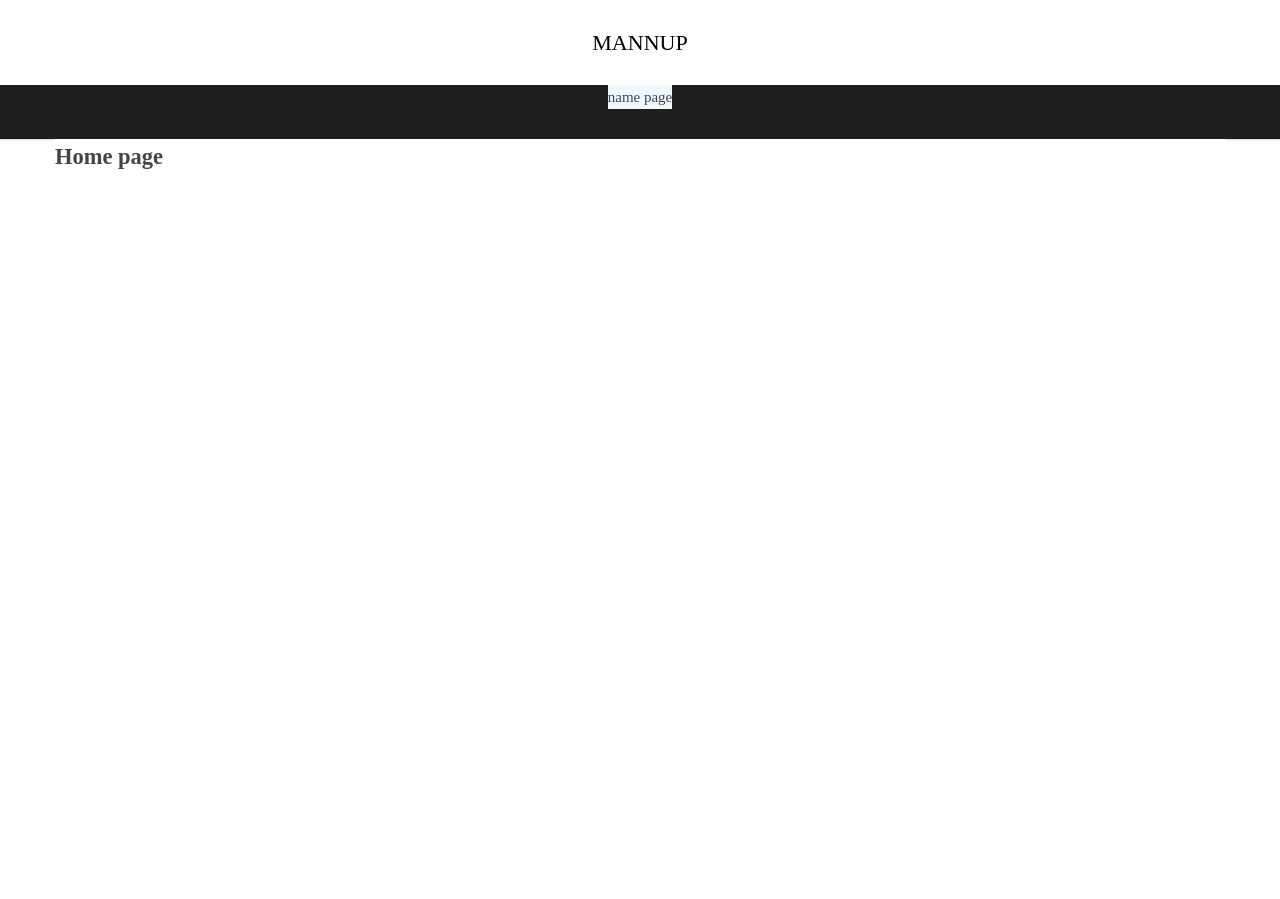
Repository: SyLe-Van/Make-Colorful
Page: /
The author's editor kept a copy of each file at every save. The page is drawn from the files as they stood at one save, then again after the next save.
The browser window is 1280 px wide. The pictures show the whole page.
Some web fonts or font styles are not loaded; a fallback is used. The project was rebuilt for these pictures with package versions that can differ from the ones it lists, and the page was loaded fresh each time. Also part of the build but not shown: src/pages/cinema/index.js, src/pages/fashion/index.js, src/pages/grooming/index.js, src/pages/lifestyle/index.js, src/pages/contact/index.js.

Above is the page before, as saved 2023-10-10 21:57:34.

After the next save:
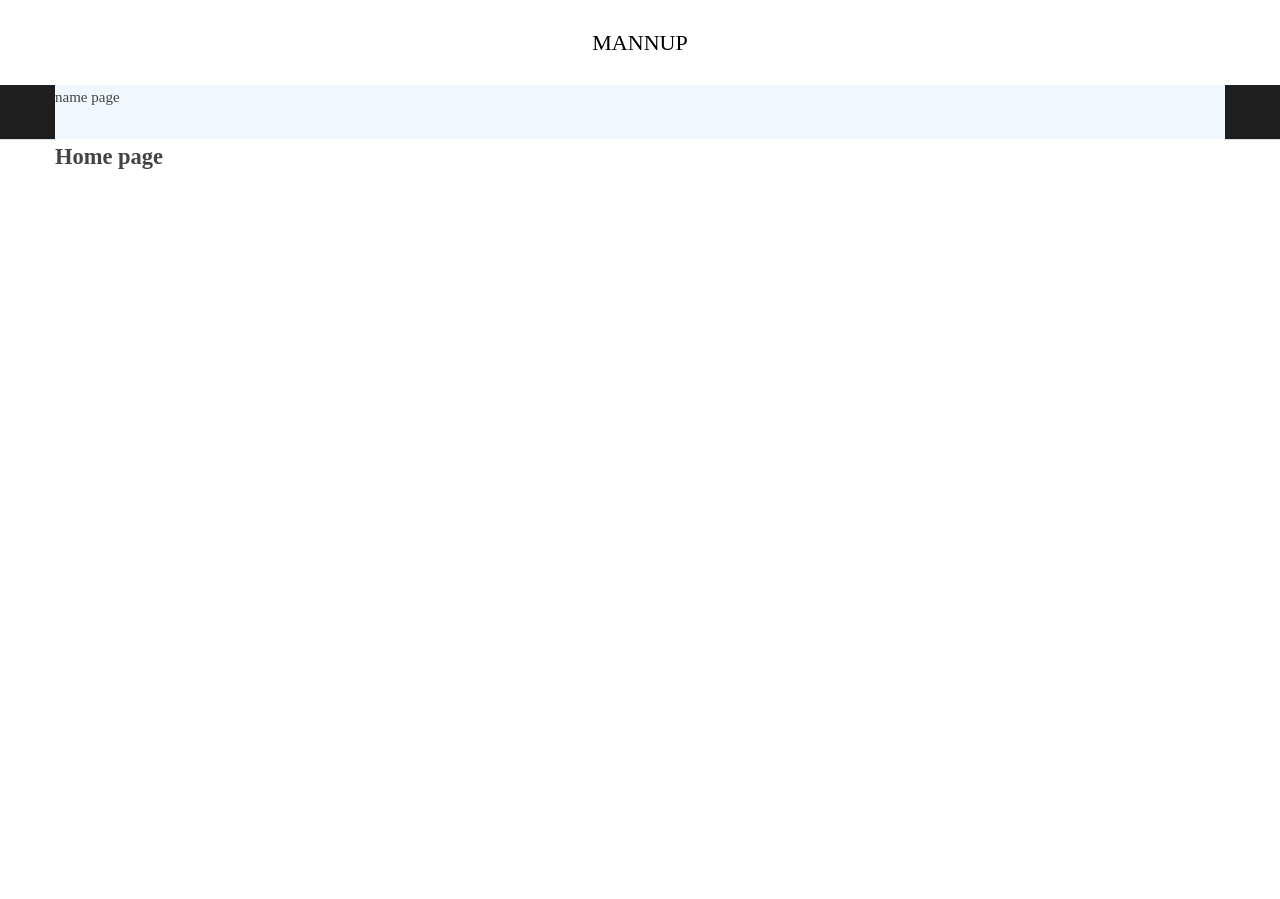
Saved 11 s later.
--- a/src/components/Layout/DefaultLayout/Sidebar/Sidebar.module.scss
+++ b/src/components/Layout/DefaultLayout/Sidebar/Sidebar.module.scss
@@ -7,7 +7,7 @@
     background-color: #1e1e1e;
 }
 
-.contener {
+.container {
     width: 1170px;
     display: flex;
     background-color: #b40f0f;
